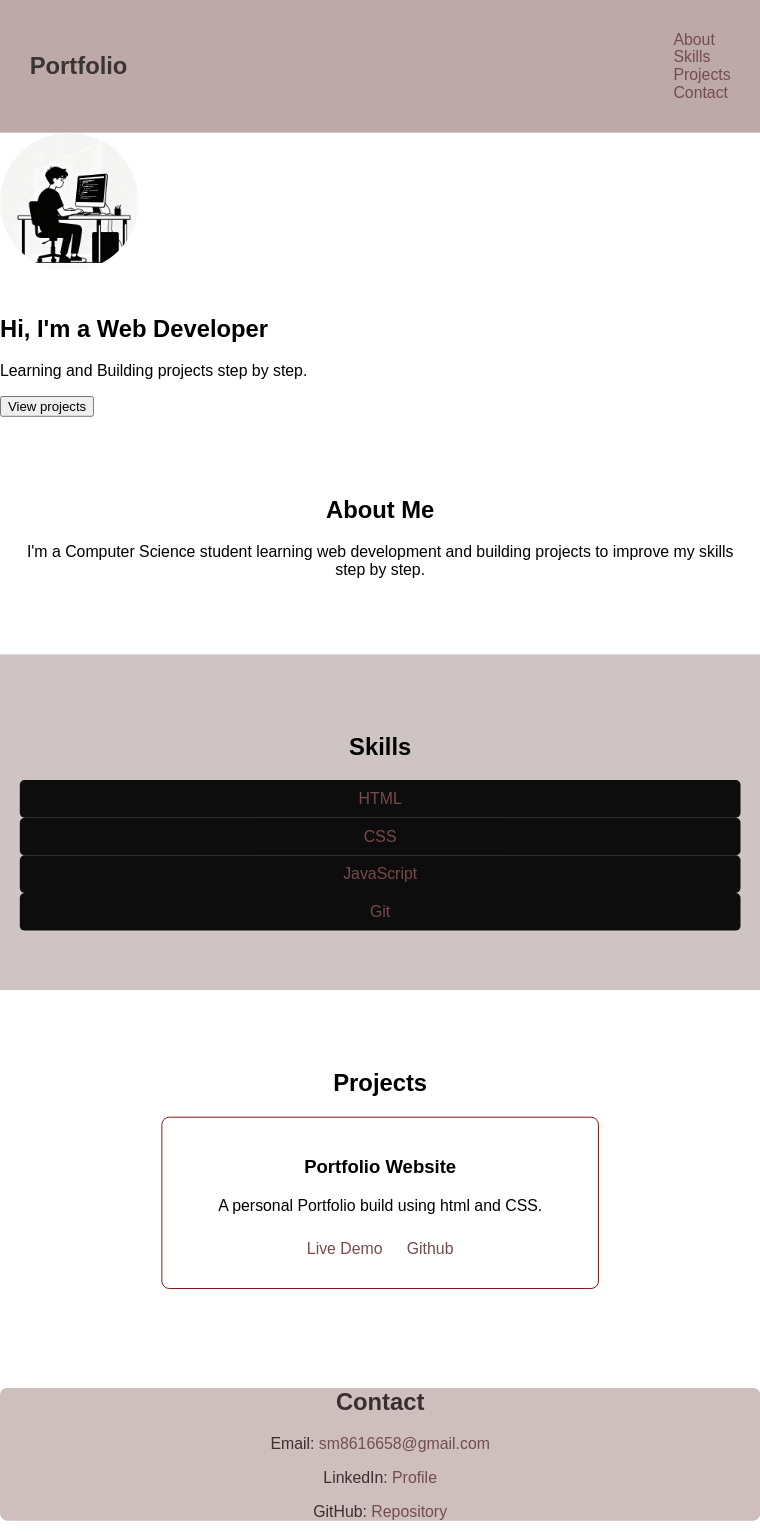
Repository: syeda-naqvi-hub/Portfolio-website
Page: python/portfolio/index.html
The author's editor kept a copy of each file at every save. The page is drawn from the files as they stood at one save, then again after the next save.
The browser window is 768 px wide. The pictures show the whole page, at 99% of full size.

Above is the page before, as saved 2026-02-07 12:45:43.

After the next save:
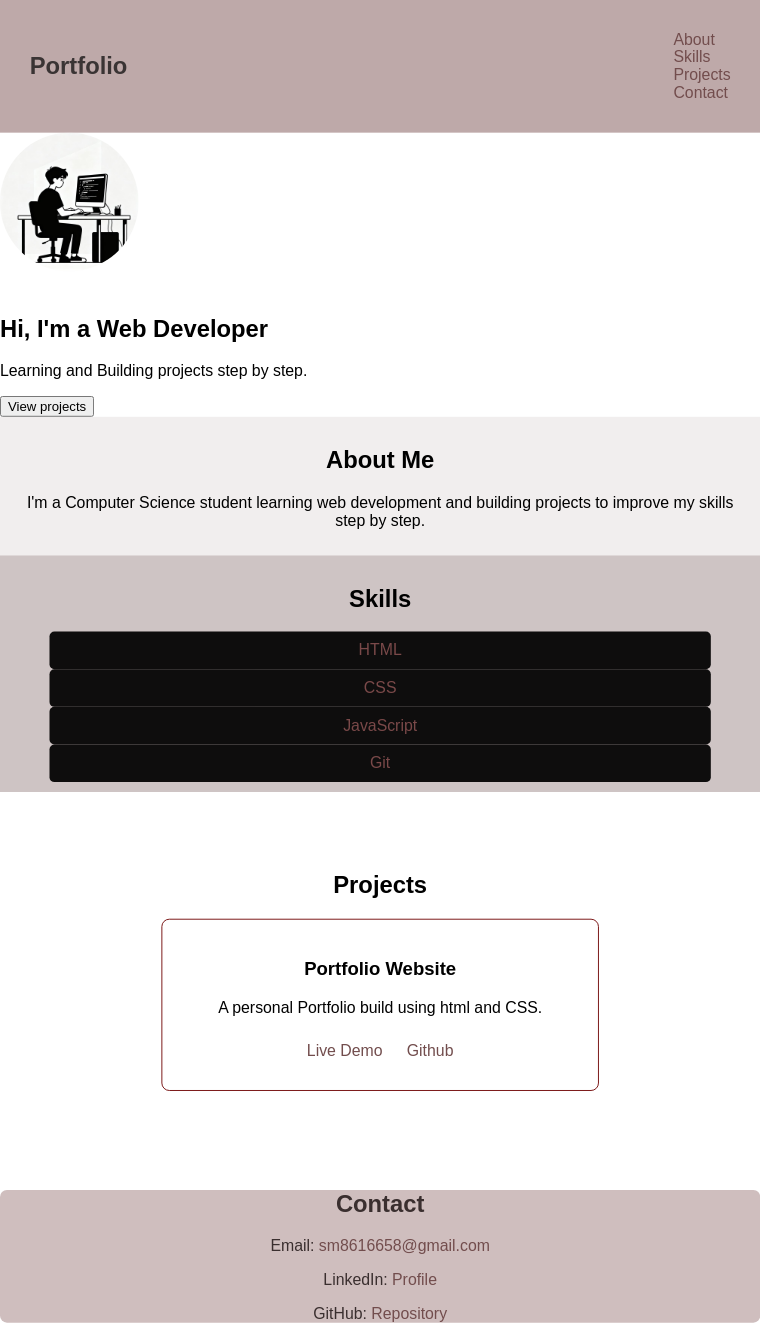
Saved 5 min 46 s later.
--- a/python/portfolio/style.css
+++ b/python/portfolio/style.css
@@ -26,6 +26,9 @@ a {
     display: flex;
     flex-direction: column;
     justify-content: center;
+    align-items: center;
+    background: #8a6363;
+    text-align: center;
 }
 .profile-img {
     width: 140px;
@@ -34,12 +37,16 @@ a {
     align-items:center;
 }
 .about {
-    padding: 60px 20px;
+     justify-content: center;
+    align-items: center;
+    background: #f1eeee;
+    text-align: center;
+    padding: 10px 20px;
     text-align: center;
 }
 .skills {
     background: #cec4c4;
-    padding: 60px 20px;
+    padding:  10px 50px;
     text-align: center;
 }
 .skills-set {
@@ -52,7 +59,7 @@ a {
 .skills-list div {
     background: #0e0d0d;
     color: rgb(122, 73, 73);
-    padding: 10px 20px;
+    padding: 10px 10px;
     border-radius: 5px;
 }
 .projects {
@@ -78,7 +85,6 @@ a {
 }
 @media (max-width: 768px)
 {
-    */
     ul {
         flex-direction: row;
         gap: 10px;
